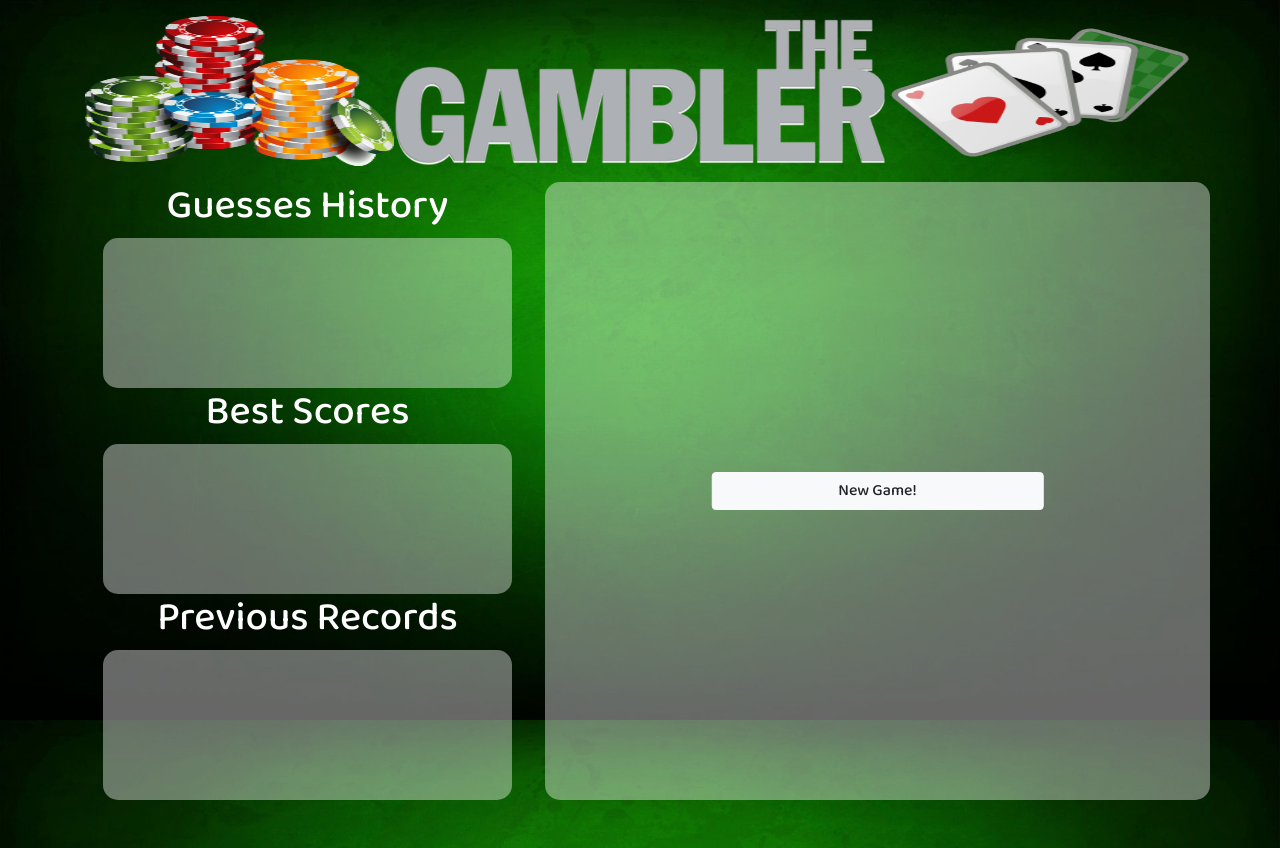
Repository: tts2610/NumberGuessingGame
Page: index.html
These files come from the project's save history. The page is drawn as it stood at one moment and after the next save; the edit follows.
The browser window is 1280 px wide. The pictures show the whole page.
Backgrounds fixed to the window are drawn as part of the page.

Above is the page before, as saved 2020-05-14 01:51:29.

After the next save:
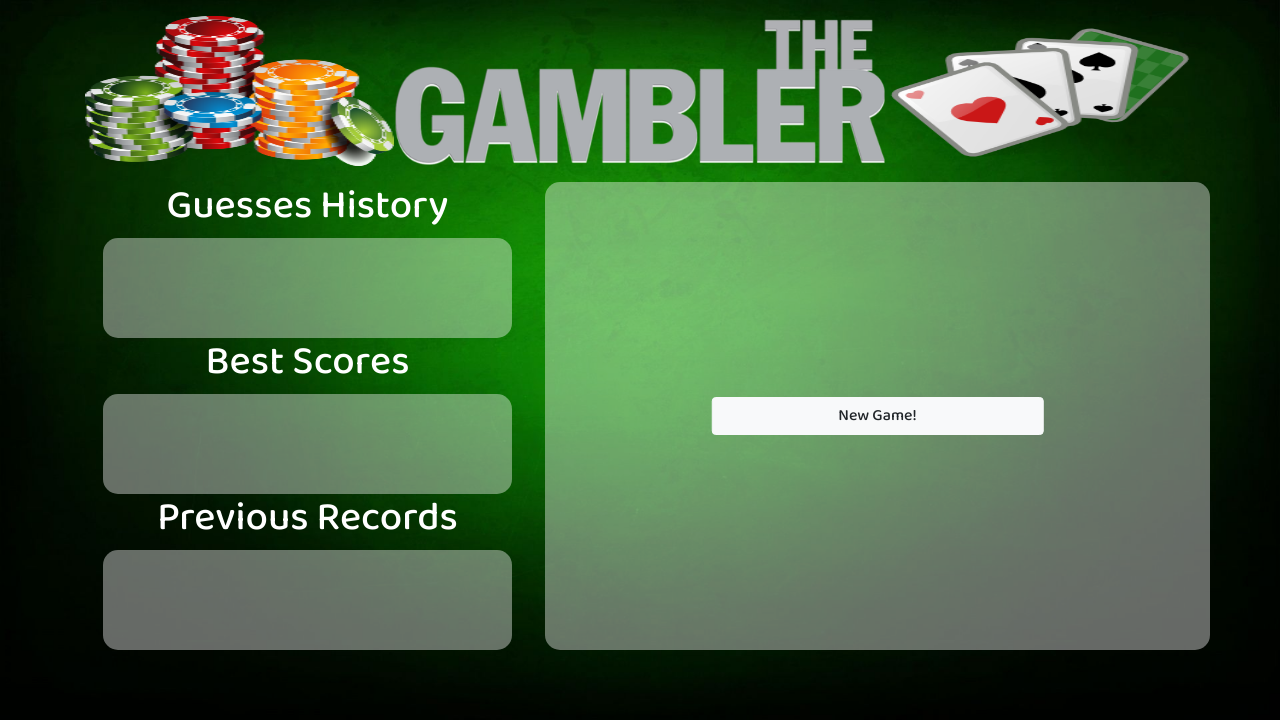
Saved 10 s later.
--- a/css/style.css
+++ b/css/style.css
@@ -15,7 +15,7 @@ h1 {
     background-color: rgb(255, 255, 255);
     /* Fallback color */
     background-color: rgba(255, 255, 255, 0.4);
-    height: 150px;
+    height: 100px;
     border-radius: 15px;
     display: flex;
     flex-direction: column;
@@ -25,7 +25,7 @@ h1 {
     background-color: rgb(255, 255, 255);
     /* Fallback color */
     background-color: rgba(255, 255, 255, 0.4);
-    height: 150px;
+    height: 100px;
     border-radius: 15px;
     display: flex;
     flex-direction: column;
